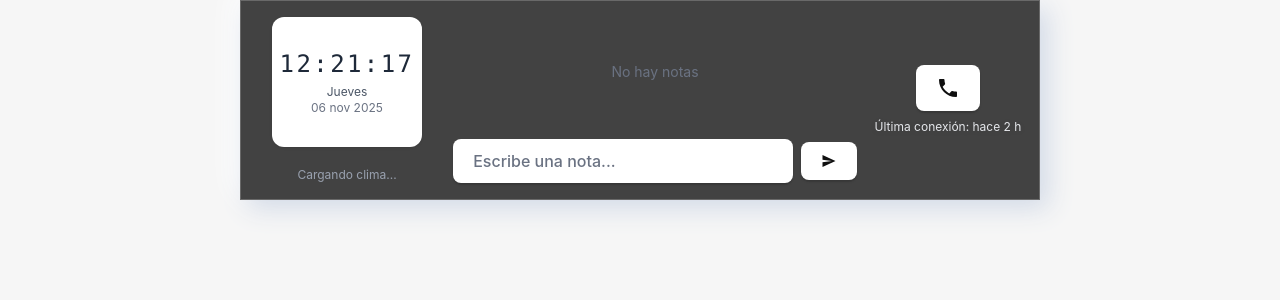
Repository: CodeByEvans/my-romantic-widget
Page: /
An editor plug-in stored every save of this project. The page is shown before and after a run of saves, followed by the edit.
The browser window is 1280 px wide. The pictures show the whole page.
The page's requests for data from a server got no answer. The project was rebuilt for these pictures with package versions that can differ from the ones it lists, and the page was loaded fresh each time. No one was signed in, and anything a server would have sent is missing. Also part of the build but not shown: vite.config.ts.

Above is the page before, as saved 2025-11-06 14:25:28.

### src/App.tsx
import "./App.css";
import { Clock } from "./components/Clock";
import { WeatherWidget } from "./components/WeatherWidget";
import { NotesList } from "./components/NotesList";
import { NoteInput } from "./components/NoteInput";
import { CallButton } from "./components/CallButton";

function App() {
  return (
    <main
      data-tauri-drag-region
      className="w-[800px] h-[200px] mx-auto flex items-center justify-between gap-4
             bg-[#2f2f2f]/90 backdrop-blur-4xl backdrop-saturate-150 border border-white/20 shadow-[8px_8px_25px_#d1d9e6,-8px_-8px_25px_#ffffff]
             p-4 text-gray-800"
    >
      {/* Clima + Reloj */}
      <section className="flex flex-col justify-between items-center h-full w-[180px] gap-2">
        <Clock />
        <WeatherWidget />
      </section>

      {/* Notas + input */}
      <section className="flex flex-col justify-between h-full flex-1">
        <NotesList />
        <NoteInput />
      </section>

      {/* Llamada */}
      <section className="flex flex-col justify-center items-center h-full w-[150px]">
        <CallButton />
        <p className="text-xs text-gray-200 mt-2 drop-shadow-sm">
          Última conexión: hace 2 h
        </p>
      </section>
    </main>
  );
}

export default App;

### src/App.css
@import "tailwindcss";

.logo.vite:hover {
  filter: drop-shadow(0 0 2em #747bff);
}

.logo.react:hover {
  filter: drop-shadow(0 0 2em #61dafb);
}
:root {
  font-family: Inter, Avenir, Helvetica, Arial, sans-serif;
  font-size: 16px;
  line-height: 24px;
  font-weight: 400;

  color: #0f0f0f;
  background-color: #f6f6f6;

  font-synthesis: none;
  text-rendering: optimizeLegibility;
  -webkit-font-smoothing: antialiased;
  -moz-osx-font-smoothing: grayscale;
  -webkit-text-size-adjust: 100%;
  -webkit-app-region: drag;
}

.container {
  margin: 0;
  padding-top: 10vh;
  display: flex;
  flex-direction: column;
  justify-content: center;
  text-align: center;
}

.logo {
  height: 6em;
  padding: 1.5em;
  will-change: filter;
  transition: 0.75s;
}

.logo.tauri:hover {
  filter: drop-shadow(0 0 2em #24c8db);
}

.row {
  display: flex;
  justify-content: center;
}

a {
  font-weight: 500;
  color: #646cff;
  text-decoration: inherit;
}

a:hover {
  color: #535bf2;
}

h1 {
  text-align: center;
}

input,
button {
  border-radius: 8px;
  border: 1px solid transparent;
  padding: 0.6em 1.2em;
  font-size: 1em;
  font-weight: 500;
  font-family: inherit;
  color: #0f0f0f;
  background-color: #ffffff;
  transition: border-color 0.25s;
  box-shadow: 0 2px 2px rgba(0, 0, 0, 0.2);
  -webkit-app-region: no-drag;
}

button {
  cursor: pointer;
}

button:hover {
  border-color: #396cd8;
}
button:active {
  border-color: #396cd8;
  background-color: #e8e8e8;
}

input,
button {
  outline: none;
}

#greet-input {
  margin-right: 5px;
}

@media (prefers-color-scheme: dark) {
  :root {
    color: #f6f6f6;
    background: transparent;
  }

  a:hover {
    color: #24c8db;
  }

  input,
  button {
    color: #ffffff;
    background-color: #0f0f0f98;
  }
  button:active {
    background-color: #0f0f0f69;
  }
}

### src/components/Clock.tsx
import { useEffect, useState } from "react";

export const Clock = () => {
  const [time, setTime] = useState(new Date());

  useEffect(() => {
    const interval = setInterval(() => {
      setTime(new Date());
    }, 1000);
    return () => clearInterval(interval);
  }, []);

  const hours = time.getHours().toString().padStart(2, "0");
  const minutes = time.getMinutes().toString().padStart(2, "0");
  const seconds = time.getSeconds().toString().padStart(2, "0");

  const day = time.toLocaleDateString("es-ES", { weekday: "long" });
  const date = time.toLocaleDateString("es-ES", {
    day: "2-digit",
    month: "short",
    year: "numeric",
  });

  return (
    <div className="bg-white rounded-xl shadow-sm px-3 py-2 flex flex-col items-center justify-center w-[150px] h-[130px] backdrop-blur-sm">
      <p className="text-2xl font-mono tracking-widest text-gray-800">
        {hours}:{minutes}:{seconds}
      </p>
      <p className="text-xs text-gray-600 mt-1 capitalize">{day}</p>
      <p className="text-xs text-gray-500">{date}</p>
    </div>
  );
};

### src/components/WeatherWidget.tsx
import { JSX } from "react";
import { useWeather } from "../hooks/useWeather";
import {
  WiDaySunny,
  WiCloud,
  WiRain,
  WiSnow,
  WiThunderstorm,
  WiFog,
  WiDayHaze,
} from "react-icons/wi";

const weatherStyles: Record<string, { gradient: string; icon: JSX.Element }> = {
  Thunderstorm: {
    gradient: "from-indigo-800 via-purple-700 to-indigo-900 text-white",
    icon: <WiThunderstorm size={28} />,
  },
  Drizzle: {
    gradient: "from-sky-400 via-sky-500 to-blue-600 text-white",
    icon: <WiRain size={28} />,
  },
  Rain: {
    gradient: "from-blue-500 via-indigo-500 to-blue-700 text-white",
    icon: <WiRain size={28} />,
  },
  Snow: {
    gradient: "from-cyan-100 via-blue-100 to-blue-300 text-gray-700",
    icon: <WiSnow size={28} />,
  },
  Mist: {
    gradient: "from-gray-200 via-gray-300 to-gray-400 text-gray-800",
    icon: <WiFog size={28} />,
  },
  Haze: {
    gradient: "from-amber-200 via-amber-300 to-amber-400 text-gray-800",
    icon: <WiDayHaze size={28} />,
  },
  Clear: {
    gradient: "from-yellow-200 via-orange-300 to-pink-400 text-gray-900",
    icon: <WiDaySunny size={28} />,
  },
  Clouds: {
    gradient: "from-gray-300 via-gray-400 to-gray-600 text-gray-900",
    icon: <WiCloud size={28} />,
  },
  Fog: {
    gradient: "from-gray-300 via-gray-400 to-gray-500 text-gray-900",
    icon: <WiFog size={28} />,
  },
};

export const WeatherWidget = () => {
  const { data, loading, errorWeather } = useWeather();

  if (errorWeather)
    return <div className="text-xs text-red-400">{errorWeather}</div>;
  if (loading || !data)
    return <div className="text-xs text-gray-400">Cargando clima...</div>;

  const [city, info] = Object.entries(data)[0] || [];
  const temp = Math.round(info.main.temp);
  const condition = info.weather[0].main;

  const style = weatherStyles[condition] || weatherStyles["Clouds"];

  return (
    <div
      className={`relative flex flex-col items-center justify-center rounded-2xl
                  bg-gradient-to-br ${style.gradient} w-[150px] h-[100px]
                  backdrop-blur-md bg-opacity-70 shadow-[0_2px_10px_rgba(0,0,0,0.3)]
                  border border-white/20 overflow-hidden transition-all duration-500`}
    >
      {/* sutil capa de brillo animado */}
      <div className="absolute inset-0 bg-white/10 opacity-0 hover:opacity-20 transition-opacity duration-500" />

      {/* borde de reflejo superior */}
      <div className="absolute top-0 left-0 right-0 h-[1px] bg-white/40" />

      {/* contenido */}
      <div className="flex items-center gap-2">
        <div className="animate-pulse-slow">{style.icon}</div>
        <div className="flex flex-col items-start leading-tight">
          <h2 className="text-xs font-semibold tracking-wide drop-shadow-sm">
            {city}
          </h2>
          <p className="text-lg font-bold drop-shadow-sm">{temp}°C</p>
        </div>
      </div>
    </div>
  );
};

### src/components/NotesList.tsx
import { useRealTimeNotes } from "../hooks/useRealTimeNotes";

export const NotesList = () => {
  const notes = useRealTimeNotes();

  const sortedNotes = [...notes].sort(
    (a, b) =>
      new Date(b.created_at).getTime() - new Date(a.created_at).getTime()
  );

  const noteToShow = sortedNotes[0];
  if (!noteToShow)
    return (
      <div className="flex items-center justify-center h-[110px] text-gray-500 text-sm">
        No hay notas
      </div>
    );

  return (
    <div className="bg-white rounded-xl backdrop-blur-sm shadow-inner p-3 h-[110px] overflow-hidden">
      <div className="flex justify-between items-center mb-1">
        <h3 className="font-semibold text-sm text-gray-700">
          {noteToShow.from}
        </h3>
        <small className="text-xs text-gray-400">
          {new Date(noteToShow.created_at).toLocaleString()}
        </small>
      </div>
      <p className="text-gray-700 text-sm italic line-clamp-3">
        {noteToShow.message}
      </p>
    </div>
  );
};

### src/components/NoteInput.tsx
import { IoMdSend } from "react-icons/io";

export const NoteInput = () => {
  return (
    <form className="flex items-center gap-2 mt-2">
      <input
        type="text"
        placeholder="Escribe una nota..."
        className="flex-1 text-sm px-3 py-2 rounded-lg bg-white text-gray-800 placeholder-gray-500 focus:outline-none focus:ring-2 focus:ring-blue-300 transition-all"
      />
      <button
        type="submit"
        className="p-2 bg-blue-500 rounded-full text-white hover:bg-blue-600 transition-colors"
      >
        <IoMdSend size={16} />
      </button>
    </form>
  );
};

### src/components/CallButton.tsx
import { IoMdCall } from "react-icons/io";

export const CallButton = () => {
  return (
    <div className="flex flex-col items-center justify-center">
      <button className="p-4 bg-green-500 text-white rounded-full shadow-md hover:bg-green-600 hover:scale-105 transition-transform">
        <IoMdCall size={24} />
      </button>
    </div>
  );
};

### src/hooks/useWeather.ts
import { useEffect, useState } from "react";
import {
  getCityByCoordinates,
  getWeatherByCity,
} from "../services/weatherService";
import { WeatherData } from "../types/weather";
import { useGeolocation } from "./useGeolocation";

export const useWeather = () => {
  const { coords, error } = useGeolocation();
  const [data, setData] = useState<Record<string, WeatherData> | null>(null);
  const [loading, setLoading] = useState<boolean>(false);
  const [errorWeather, setErrorWeather] = useState<string | null>(null);

  useEffect(() => {
    if (error) setErrorWeather(error);
  }, [error]);

  useEffect(() => {
    if (!coords) return;

    const fetchWeather = async () => {
      setLoading(true);
      try {
        const city = await getCityByCoordinates(
          coords.latitude,
          coords.longitude
        );
        const weather = await getWeatherByCity(city[0].name);
        setData({ [city[0].name]: weather });
      } catch (error) {
        console.error(error);
      } finally {
        setLoading(false);
      }
    };

    fetchWeather();
  }, [coords]);

  return { data, loading, errorWeather };
};

### src/hooks/useRealTimeNotes.ts
import { useEffect, useState } from "react";
import z from "zod";
import { supabase } from "../services/supabaseClient";

const noteSchema = z.object({
  id: z.number(),
  from: z.string(),
  message: z.string(),
  created_at: z.string(),
});

type Note = z.infer<typeof noteSchema>;

export const useRealTimeNotes = () => {
  const [notes, setNotes] = useState<Note[]>([]);

  useEffect(() => {
    // Cargar notas iniciales
    supabase
      .from<"notes", Note>("notes")
      .select("*")
      .then(({ data, error }) => {
        if (data) {
          setNotes(data);
          console.log("Notas cargadas:", data);
        } else {
          console.error("Error fetching notes:", error);
        }
      });

    // Suscripción en tiempo real
    const channel = supabase
      .channel("public:notes")
      .on(
        "postgres_changes",
        { event: "*", schema: "public", table: "notes" },
        (payload) => {
          console.log("Cambio dettectado:", payload);

          if (payload.eventType === "INSERT") {
            const newNote = noteSchema.parse(payload.new);
            setNotes((prevNotes) => [...prevNotes, newNote]);
            console.log("Nota añadida:", newNote);
          } else if (payload.eventType === "UPDATE") {
            setNotes((prev) =>
              prev.map((note) =>
                note.id === payload.new.id
                  ? noteSchema.parse(payload.new)
                  : note
              )
            );
          } else if (payload.eventType === "DELETE") {
            setNotes((prev) =>
              prev.filter((note) => note.id !== payload.old.id)
            );
          }
        }
      )
      .subscribe();

    return () => {
      supabase.removeChannel(channel);
    };
  }, []);

  return notes;
};

### src/services/weatherService.ts
import { envs } from "../config/envs";

export const getWeatherByCity = async (city: string) => {
  const response = await fetch(
    `https://api.openweathermap.org/data/2.5/weather?q=${city}&appid=${envs.openWeatherApiKey}&units=metric`
  );

  if (!response.ok) {
    throw new Error("No se pudo obtener el clima");
  }
  return response.json();
};

export const getCityByCoordinates = async (lat: number, lon: number) => {
  const response = await fetch(
    `https://api.openweathermap.org/geo/1.0/reverse?lat=${lat}&lon=${lon}&limit=1&appid=${envs.openWeatherApiKey}`
  );

  if (!response.ok) {
    throw new Error("No se pudo obtener la ciudad");
  }

  return response.json();
};

### src/hooks/useGeolocation.ts
import { useEffect, useState } from "react";

export const useGeolocation = () => {
  const [coords, setCoords] = useState<{
    latitude: number;
    longitude: number;
  } | null>(null);
  const [error, setError] = useState<string | null>(null);

  useEffect(() => {
    if (!navigator.geolocation) {
      setError("Geolocalización no soportada por el navegador");
      return;
    }

    navigator.geolocation.getCurrentPosition(
      (position) => {
        setCoords({
          latitude: position.coords.latitude,
          longitude: position.coords.longitude,
        });
      },
      (err) => {
        setError(`Error obteniendo la geolocalización: ${err.message}`);
      }
    );
  }, []);

  return { coords, error };
};

### src/services/supabaseClient.ts
import { createClient } from "@supabase/supabase-js";
import { envs } from "../config/envs";

export const supabase = createClient(envs.supabaseUrl, envs.supabaseAnonKey, {
  realtime: {
    params: {
      eventsPerSecond: 10,
    },
  },
});

### src/config/envs.ts
import * as z from "zod";

const envSchema = z.object({
  VITE_SUPABASE_URL: z.string().url(),
  VITE_SUPABASE_ANON_KEY: z.string().min(1),
  VITE_OPEN_WEATHER_API_KEY: z.string().min(1),
});

const parsed = envSchema.parse(import.meta.env);

export const envs = {
  supabaseUrl: parsed.VITE_SUPABASE_URL,
  supabaseAnonKey: parsed.VITE_SUPABASE_ANON_KEY,
  openWeatherApiKey: parsed.VITE_OPEN_WEATHER_API_KEY,
};

Loaded but not shown: index.html (common file); src/main.tsx (common file)

After the next 3 saves:
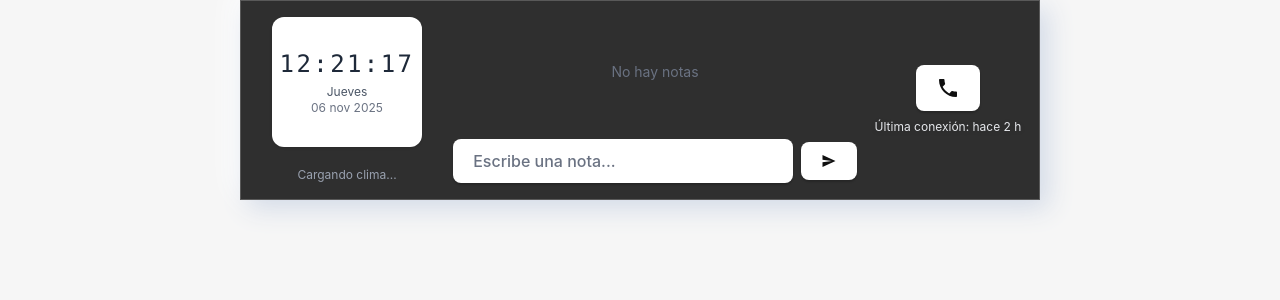
The 3 saves are shown as one change because they came seconds apart.
The last was saved 22 s later.
--- a/src/App.tsx
+++ b/src/App.tsx
@@ -10,7 +10,7 @@ function App() {
     <main
       data-tauri-drag-region
       className="w-[800px] h-[200px] mx-auto flex items-center justify-between gap-4
-             bg-[#2f2f2f]/90 backdrop-blur-4xl backdrop-saturate-150 border border-white/20 shadow-[8px_8px_25px_#d1d9e6,-8px_-8px_25px_#ffffff]
+             bg-[#2f2f2f]/100 backdrop-blur-4xl backdrop-saturate-150 border border-white/20 shadow-[8px_8px_25px_#d1d9e6,-8px_-8px_25px_#ffffff]
              p-4 text-gray-800"
     >
       {/* Clima + Reloj */}
